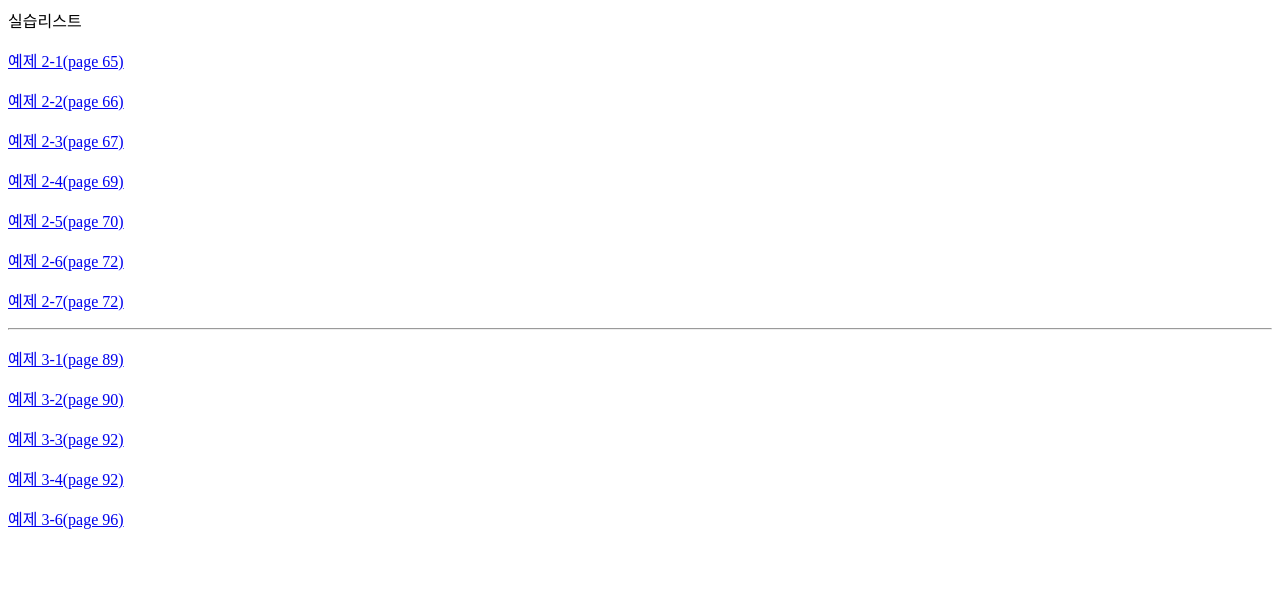
Repository: HyeongWook22/JSP
Page: http://localhost/jspbook/
The author's editor kept a copy of each file at every save. The page is drawn from the files as they stood at one save, then again after the next save.
The browser window is 1280 px wide. The pictures show the whole page.
The page is served by Tomcat 10. Nobody is signed in. The application's start-up code is not run.

Above is the page before, as saved 2024-10-08 06:22:35.

After the next save:
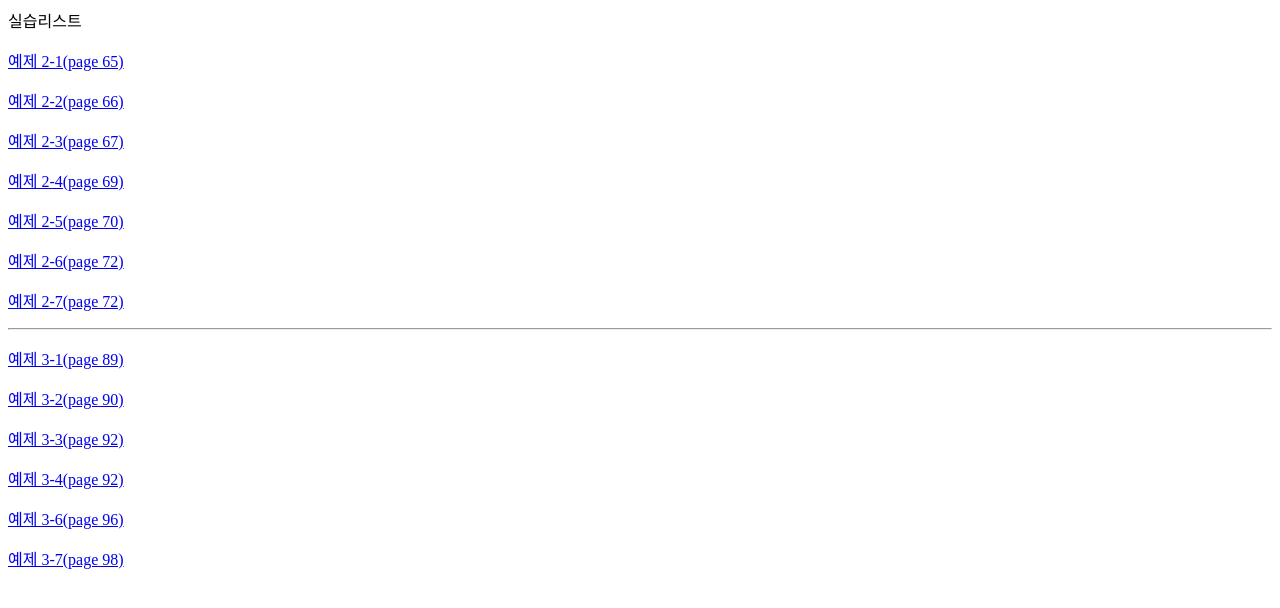
Saved 28 s later.
--- a/jspbook/src/main/webapp/index.jsp
+++ b/jspbook/src/main/webapp/index.jsp
@@ -21,6 +21,7 @@
 	<p><a href = "3_3">예제 3-3(page 92)</a></p>
 	<p><a href = "3_4">예제 3-4(page 92)</a></p>
 	<p><a href = "3_6">예제 3-6(page 96)</a></p>
+	<p><a href = "3_7">예제 3-7(page 98)</a></p>
 
 </body>
 </html>
